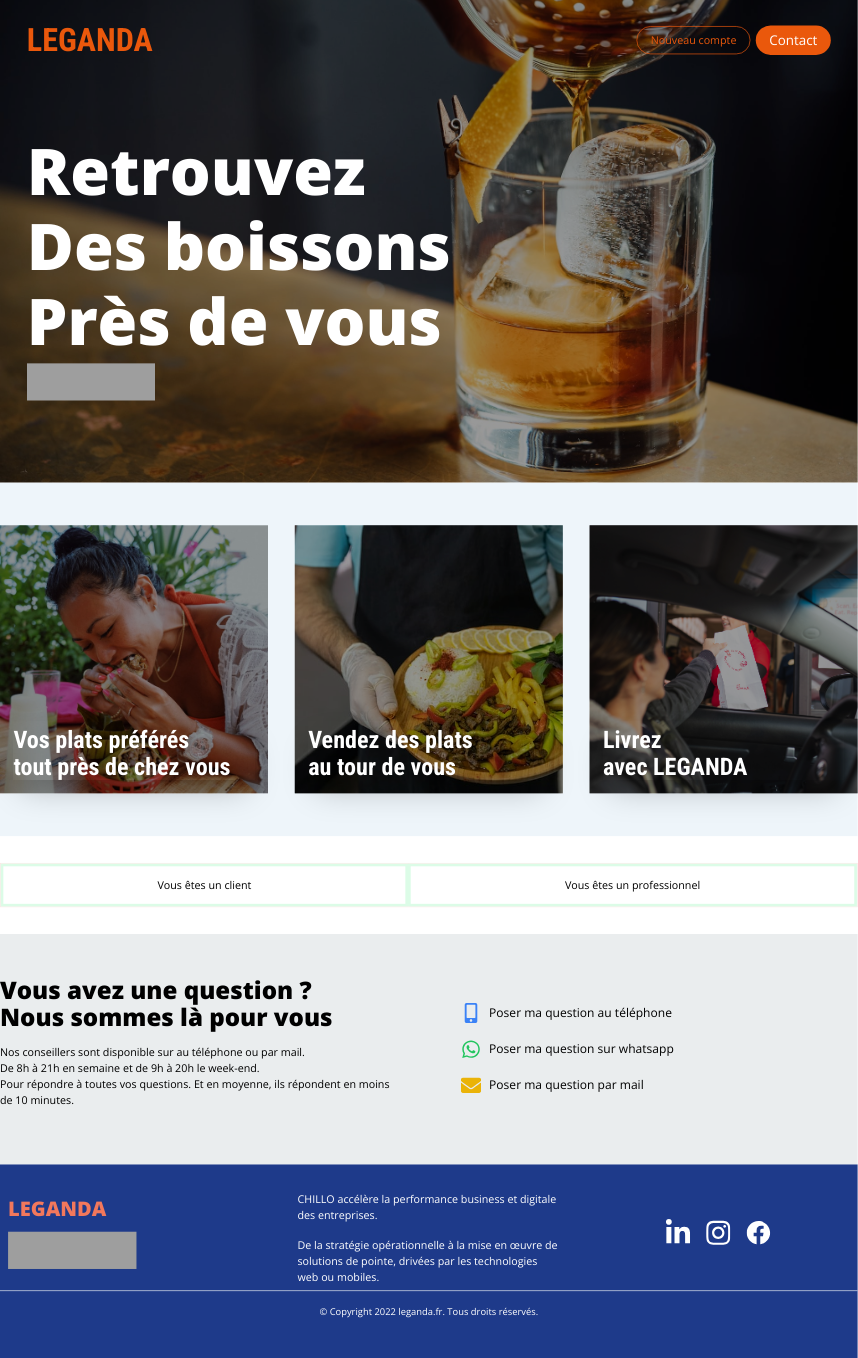
Repository: chillo-tech/website-leganda
Page: /
These files come from the project's save history. The page is drawn as it stood at one moment and after the next save; the edit follows.
The browser window is 1280 px wide. The pictures show the whole page, at 67% of full size.
Pictures or frames that could not be fetched are drawn as grey boxes. The project was rebuilt for these pictures with package versions that can differ from the ones it lists, and the page was loaded fresh each time. Some packages were replaced by stand-ins written for this rebuild. The framework's server and built-in components were replaced by stand-ins that run in the browser. Also part of the build but not shown: next.config.js, components/header/items/SearchBar.tsx.

Above is the page before, as saved 2023-02-09 11:22:48.

After the next save:
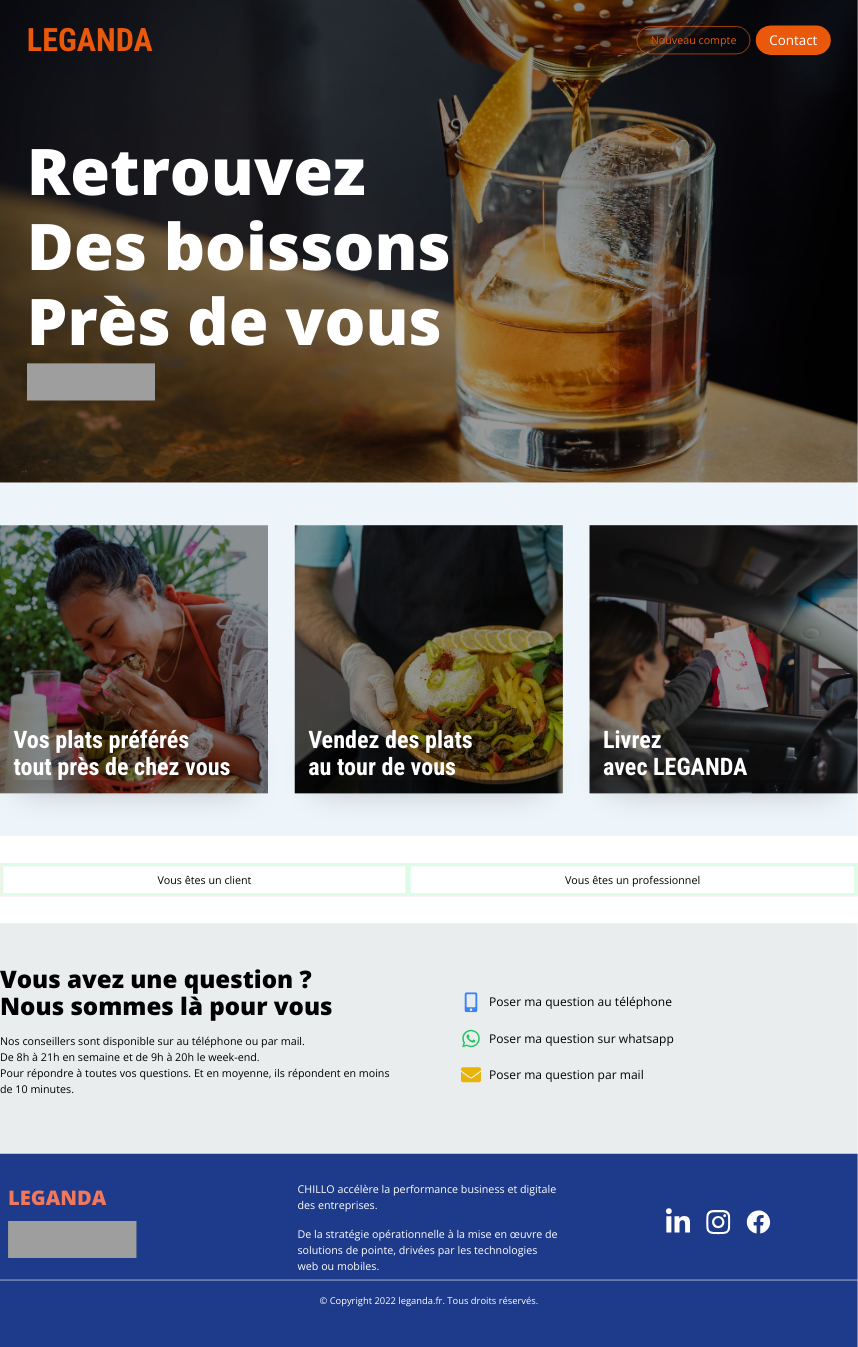
Saved 9 s later.
--- a/components/tabs/index.tsx
+++ b/components/tabs/index.tsx
@@ -6,7 +6,7 @@
       <ul className='flex  border border-red-100 justtify-center items-center'>
         {items.map((item: any, index: number) => (
           <li key={`tab-${index}`} className="border-4 border-green-100 grow">
-            <button type='button' className='w-full py-4'>{item.label}</button>
+            <button type='button' className='w-full py-2'>{item.label}</button>
           </li>
         ))}
       </ul>
